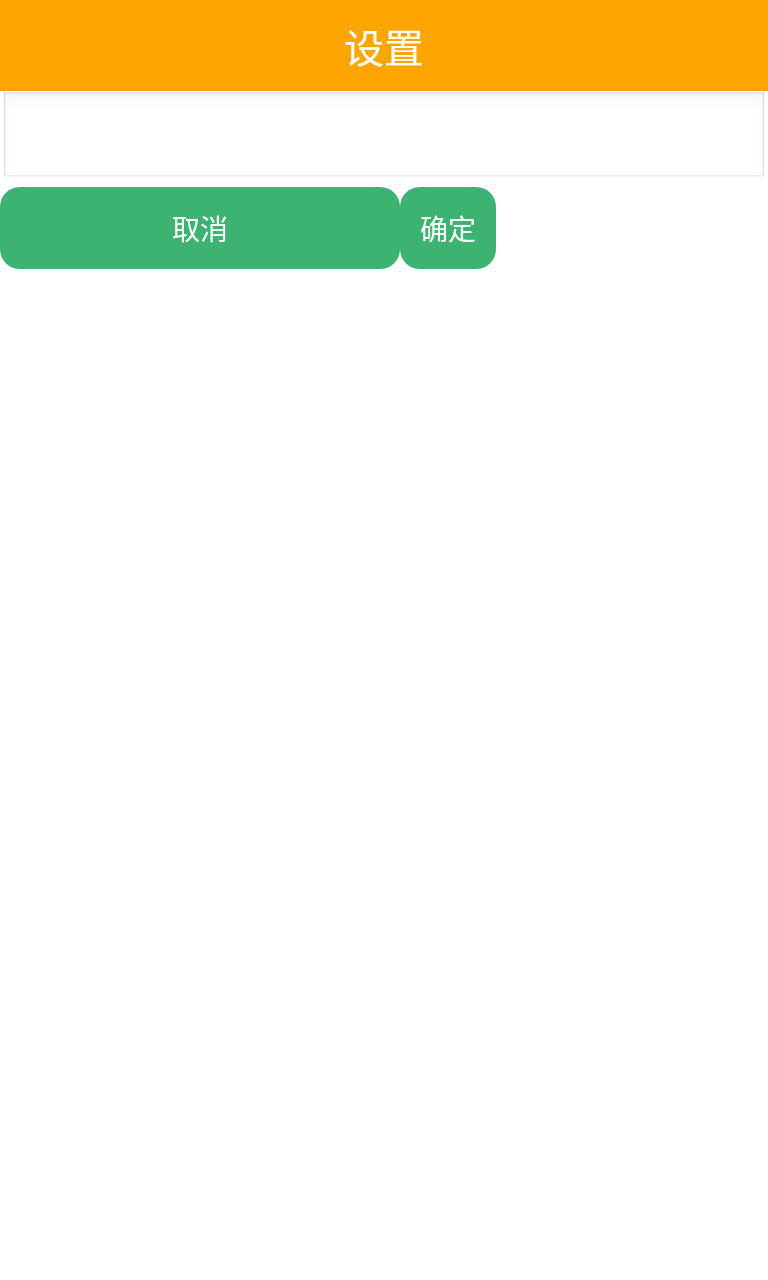
Repository: blanks1314/sysnc_android
Layout: UpayDemo/res/layout/activity_modifyinfo.xml
An editor plug-in stored every save of this project. The layout is shown before and after the next save, followed by the edit.
It is drawn on a 768 x 1280 px phone screen (xhdpi) without system bars, with theme AppTheme; the app's code is not run.

Above is the layout before, as saved 2015-04-30 02:19:37.

After the next save:
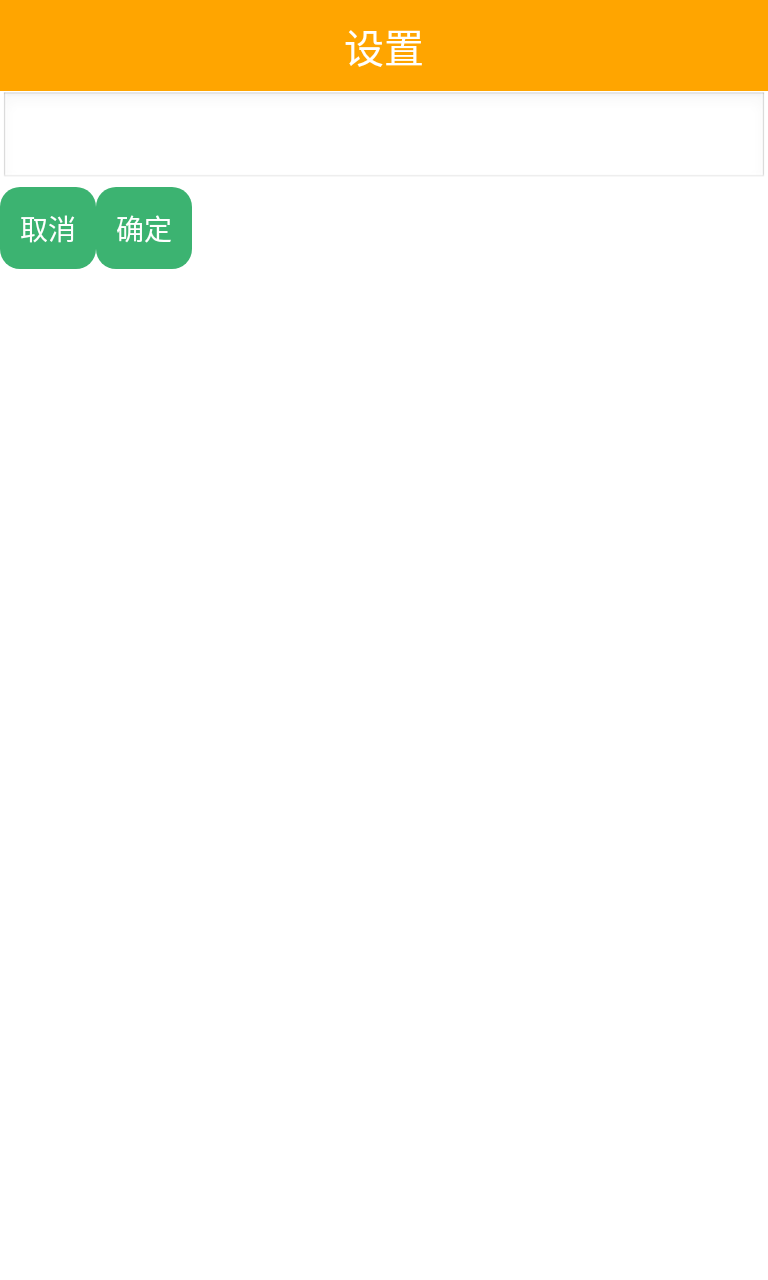
Saved 12 s later.
--- a/UpayDemo/res/layout/activity_modifyinfo.xml
+++ b/UpayDemo/res/layout/activity_modifyinfo.xml
@@ -25,7 +25,7 @@
         android:orientation="horizontal" >
         <Button
         android:id="@+id/btn_cancel"
-        style="@style/btn_style_1"
+        style="@style/btn_style_2"
         android:text="取消"
         android:layout_gravity="center_horizontal"/>
         <Button
